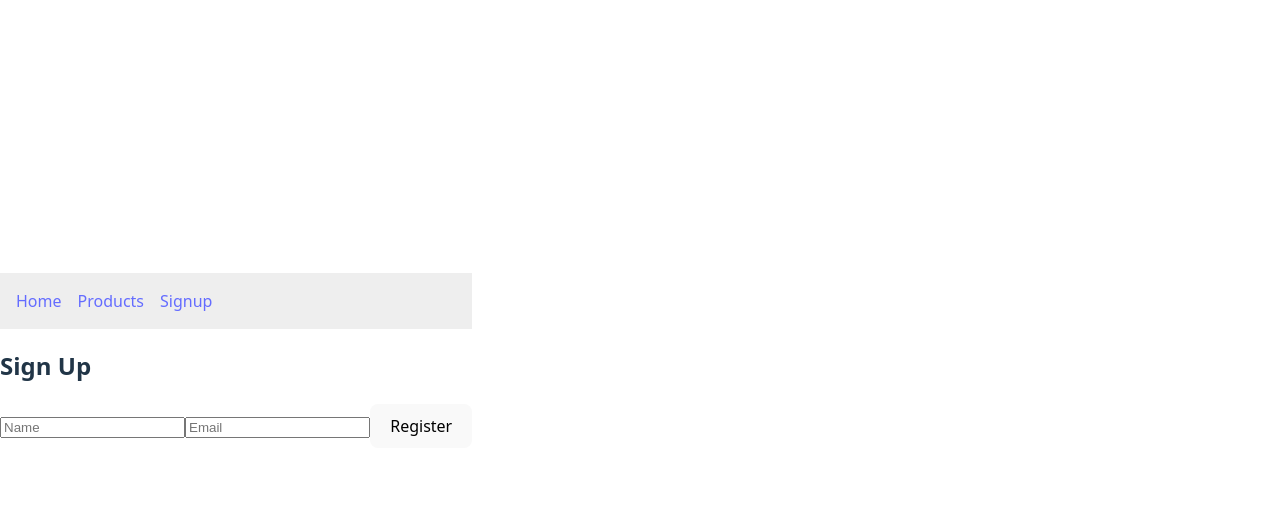
Repository: Amirtx7x/NodeJSproject
Page: /signup (app in client/)
An editor plug-in stored every save of this project. The page is shown before and after the next save, followed by the edit.
The browser window is 1280 px wide. The pictures show the whole page.
The project was rebuilt for these pictures with package versions that can differ from the ones it lists, and the page was loaded fresh each time. Also part of the build but not shown: client/vite.config.ts, client/src/pages/AllPages.css, client/src/pages/Home.tsx, client/src/pages/Products.tsx.

Above is the page before, as saved 2025-06-01 17:48:16.

### client/src/App.tsx
import { Routes, Route } from 'react-router-dom';
import Home from './pages/Home';
import Products from './pages/Products';
import Signup from './pages/Joinus';
import Navbar from './components/Navbar';

function App() {
  return (
    <>
      <Navbar />
      <Routes>
        <Route path="/" element={<Home />} />
        <Route path="/products" element={<Products />} />
        <Route path="/signup" element={<Signup />} />
      </Routes>
    </>
  );
}

export default App;

### client/src/pages/Joinus.tsx
function Signup() {
    return (
        <form>
            <h2>Sign Up</h2>
            <input type="text" placeholder="Name" required />
            <input type="email" placeholder="Email" required />
            <button type="submit">Register</button>
        </form>
    );
}

export default Signup;

### client/src/components/Navbar.tsx
import { Link } from 'react-router-dom';

function Navbar() {
    return (
        <nav style={{ padding: '1rem', backgroundColor: '#eee' }}>
            <Link to="/" style={{ marginRight: '1rem' }}>Home</Link>
            <Link to="/products" style={{ marginRight: '1rem' }}>Products</Link>
            <Link to="/signup">Signup</Link>
        </nav>
    );
}

export default Navbar;

Loaded but not shown: client/index.html (common file); client/src/main.tsx (common file); client/src/index.css (common file)

After the next save:
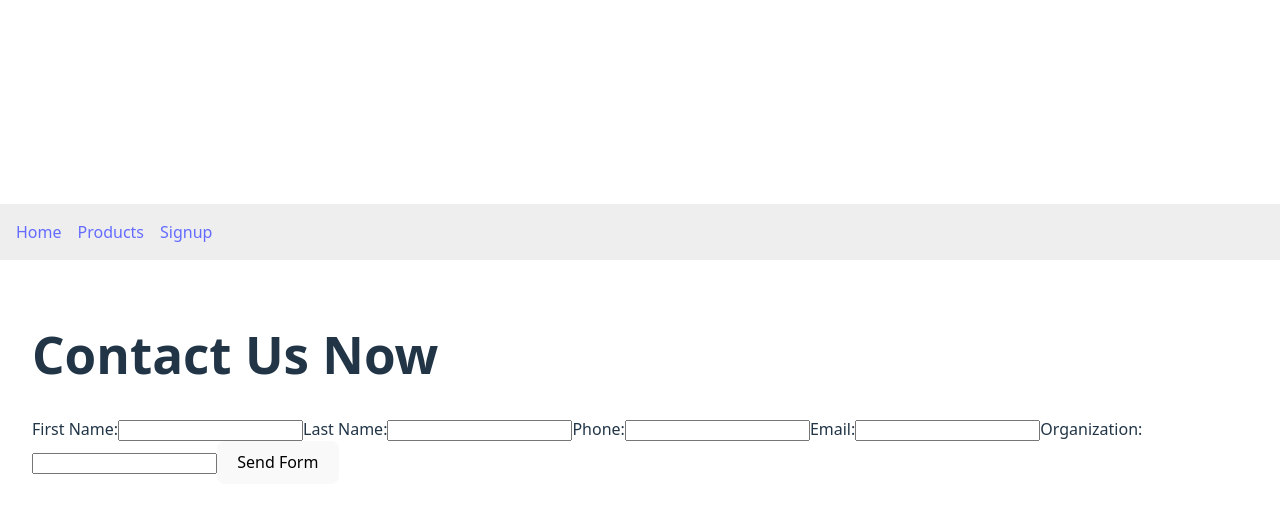
Saved 98 s later.
--- a/client/src/pages/Joinus.tsx
+++ b/client/src/pages/Joinus.tsx
@@ -1,11 +1,47 @@
+import { useState } from 'react';
+
 function Signup() {
+    const [form, setForm] = useState({
+        firstName: '',
+        lastName: '',
+        phone: '',
+        email: '',
+        organization: '',
+    });
+
+    const handleChange = (e: React.ChangeEvent<HTMLInputElement>) => {
+        setForm({ ...form, [e.target.id]: e.target.value });
+    };
+
+    const handleSubmit = (e: React.FormEvent) => {
+        e.preventDefault();
+        console.log('Submitted form:', form);
+        alert('Thanks! We will contact you soon.');
+    };
+
     return (
-        <form>
-            <h2>Sign Up</h2>
-            <input type="text" placeholder="Name" required />
-            <input type="email" placeholder="Email" required />
-            <button type="submit">Register</button>
-        </form>
+        <div style={{ padding: '2rem' }}>
+            <h1>Contact Us Now</h1>
+
+            <form onSubmit={handleSubmit}>
+                <label htmlFor="firstName">First Name:</label>
+                <input id="firstName" value={form.firstName} onChange={handleChange} required />
+
+                <label htmlFor="lastName">Last Name:</label>
+                <input id="lastName" value={form.lastName} onChange={handleChange} required />
+
+                <label htmlFor="phone">Phone:</label>
+                <input id="phone" type="tel" value={form.phone} onChange={handleChange} required />
+
+                <label htmlFor="email">Email:</label>
+                <input id="email" type="email" value={form.email} onChange={handleChange} required />
+
+                <label htmlFor="organization">Organization:</label>
+                <input id="organization" value={form.organization} onChange={handleChange} />
+
+                <button type="submit">Send Form</button>
+            </form>
+        </div>
     );
 }
 
